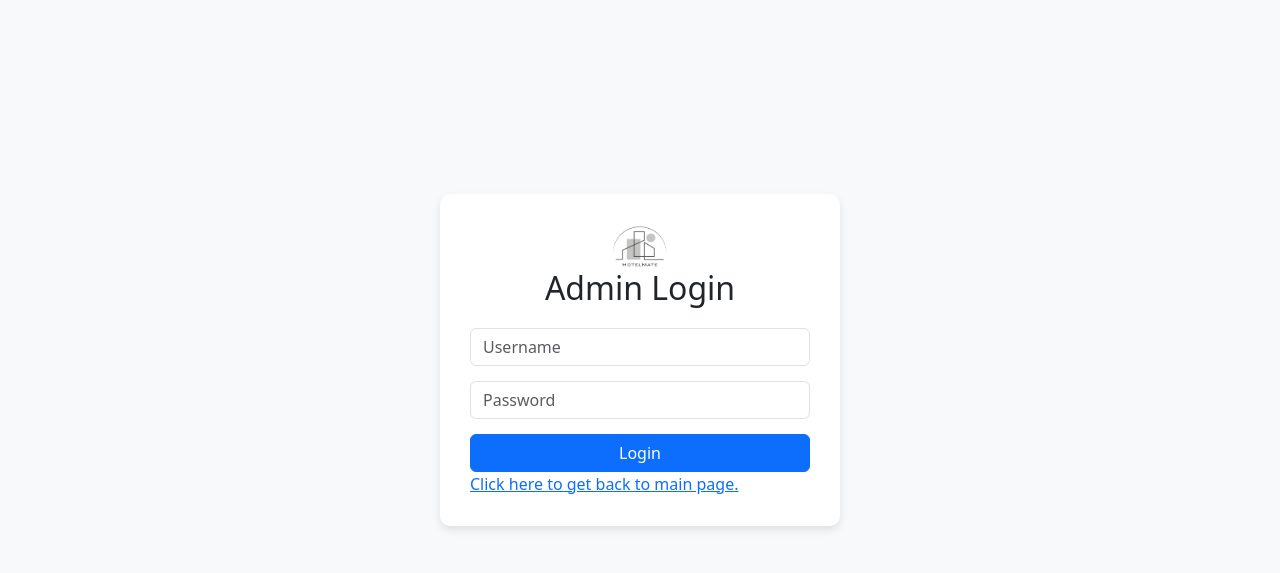
Repository: himanshu2k23/HoteMate
Page: http://localhost/HotelMate/admin/login
The author's editor kept a copy of each file at every save. The page is drawn from the files as they stood at one save, then again after the next save.
The browser window is 1280 px wide. The pictures show the whole page.
The page is served by Tomcat 10. Other server files are loaded and not shown.

Above is the page before, as saved 2025-01-17 20:22:43.

### HotelMate/src/main/webapp/WEB-INF/admin/login.jsp
<%@ page contentType="text/html;charset=UTF-8" language="java"%>
<!DOCTYPE html>
<html lang="en">
<head>
<meta charset="UTF-8">
<meta name="viewport" content="width=device-width, initial-scale=1.0">
<title>Admin Login</title>
<link rel="stylesheet"
	href="https://cdn.jsdelivr.net/npm/bootstrap@5.3.0/dist/css/bootstrap.min.css">
<style>
body {
	background-color: #f8f9fa;
	display: flex;
	justify-content: center;
	align-items: center;
	height: 100vh;
}

.login-container {
	background: #ffffff;
	padding: 30px;
	border-radius: 10px;
	box-shadow: 0 4px 8px rgba(0, 0, 0, 0.1);
	max-width: 400px;
	width: 100%;
}

.login-container h2 {
	text-align: center;
	margin-bottom: 20px;
}

.error {
	color: #dc3545;
	margin-bottom: 20px;
}

.form-control {
	margin-bottom: 15px;
}
</style>
</head>
<body>

	<div class="login-container">
		<div class="d-flex justify-content-center">
			<img src="http://localhost:8080/HotelMate/Images/HotelmateLogo.png"
				alt="HotelMate Logo" width="60" height="45" class="d-inline-block">
		</div>
		<form action="${pageContext.request.contextPath}/admin/login"
			method="post">
			<h2>Admin Login</h2>

			<%
			if (request.getAttribute("error") != null) {
			%>
			<div class="alert alert-danger">${error}</div>
			<%
			}
			%>

			<div class="form-group">
				<input type="text" name="username" class="form-control"
					placeholder="Username" required>
			</div>

			<div class="form-group">
				<input type="password" name="password" class="form-control"
					placeholder="Password" required>
			</div>

			<button type="submit" class="btn btn-primary w-100">Login</button>

			<a class="text-center mt-2" href="/HotelMate">Click here to get back to main page.</a>
		</form>
	</div>

	<script
		src="https://cdn.jsdelivr.net/npm/bootstrap@5.3.0/dist/js/bootstrap.bundle.min.js"></script>
</body>
</html>

### HotelMate/src/main/java/com/hotelmate/admin/servlets/AdminLoginServlet.java
package com.hotelmate.admin.servlets;

import jakarta.servlet.*;
import jakarta.servlet.annotation.WebServlet;
import jakarta.servlet.http.*;
import java.io.IOException;

@WebServlet("/admin/login")
public class AdminLoginServlet extends HttpServlet {
	private static final long serialVersionUID = 1L;

	@Override
	protected void doGet(HttpServletRequest request, HttpServletResponse response)
			throws ServletException, IOException {
		request.getRequestDispatcher("/WEB-INF/admin/login.jsp").forward(request, response);
	}

	@Override
	protected void doPost(HttpServletRequest request, HttpServletResponse response)
			throws ServletException, IOException {
		String username = request.getParameter("username");
		String password = request.getParameter("password");

		if (validateAdmin(username, password)) {
			HttpSession session = request.getSession();
			session.setAttribute("adminUser", username);
			response.sendRedirect(request.getContextPath() + "/admin/dashboard");
		} else {
			request.setAttribute("error", "Invalid credentials");
			request.getRequestDispatcher("/WEB-INF/admin/login.jsp").forward(request, response);
		}
	}
	private boolean validateAdmin(String username, String password) {
		return "Admin".equals(username) && "Password@123.".equals(password);
	}
}

After the next save:
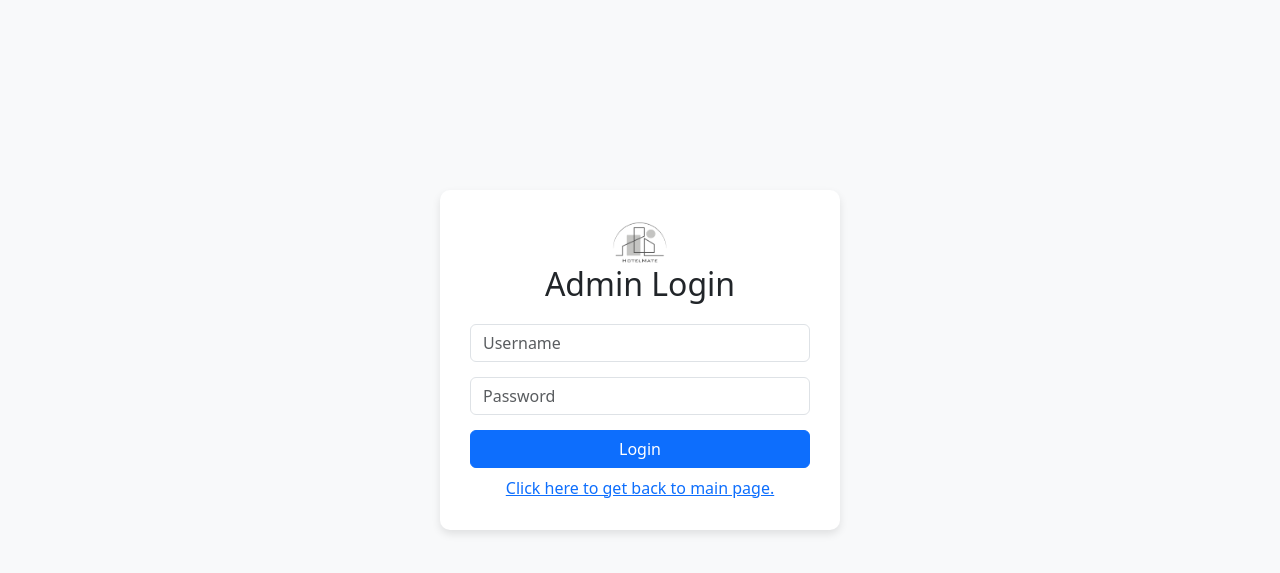
Saved 50 s later.
--- a/HotelMate/src/main/webapp/WEB-INF/admin/login.jsp
+++ b/HotelMate/src/main/webapp/WEB-INF/admin/login.jsp
@@ -71,7 +71,9 @@ body {
 
 			<button type="submit" class="btn btn-primary w-100">Login</button>
 
-			<a class="text-center mt-2" href="/HotelMate">Click here to get back to main page.</a>
+			<div class="text-center mt-2">
+				<a href="/HotelMate">Click here to get back to main page.</a>
+			</div>
 		</form>
 	</div>
 
